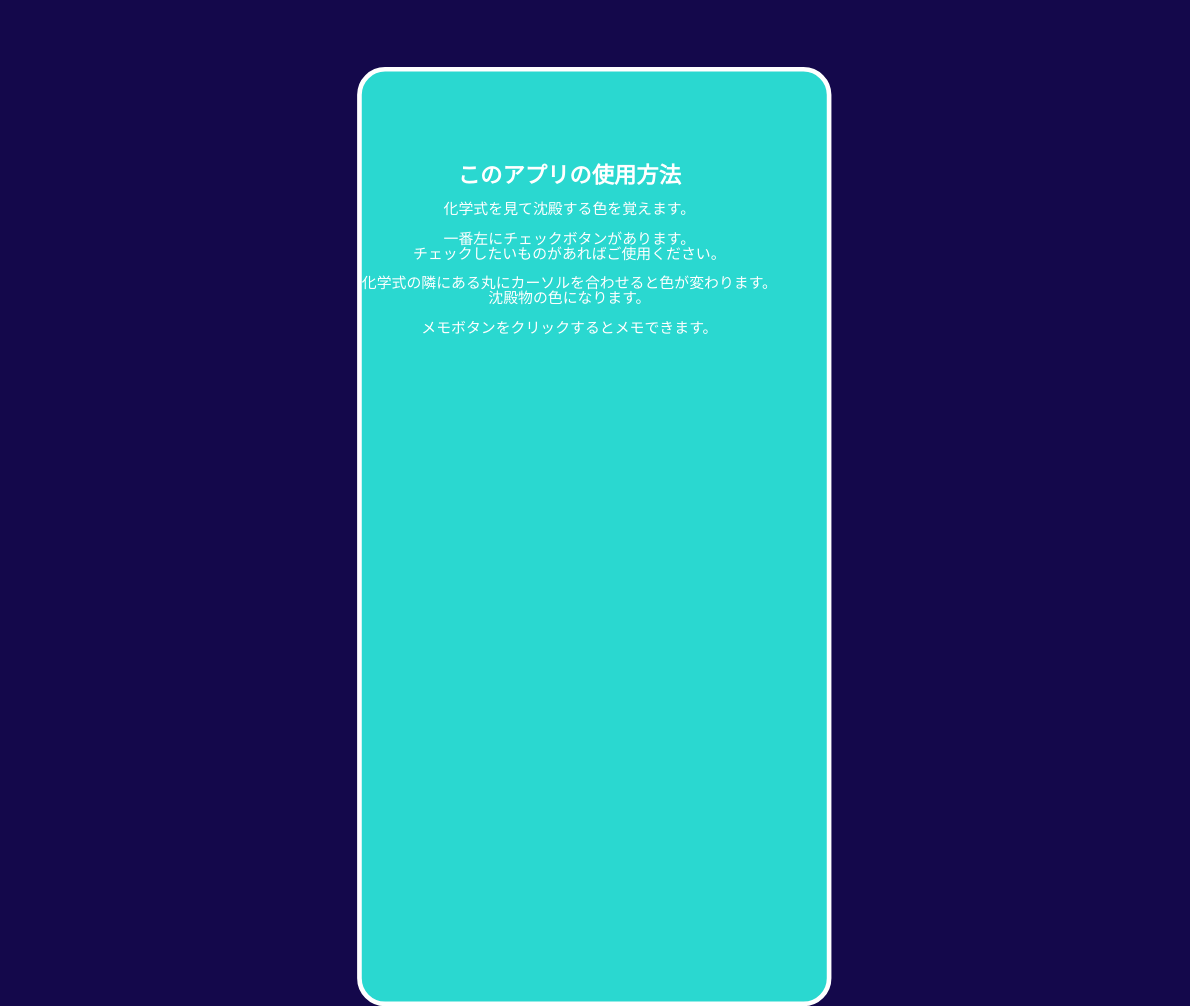
Repository: 1000sky/Inorganic_chemistry_application
Page: http://localhost/explanation
An editor plug-in stored every save of this project. The page is shown before and after the next save, followed by the edit.
The browser window is 1280 px wide. The pictures show the whole page, at 93% of full size.
The page is served by the project's Laravel application, run on PHP 8.4 with Laravel 8.

Above is the page before, as saved 2022-07-12 19:44:58.

After the next save:
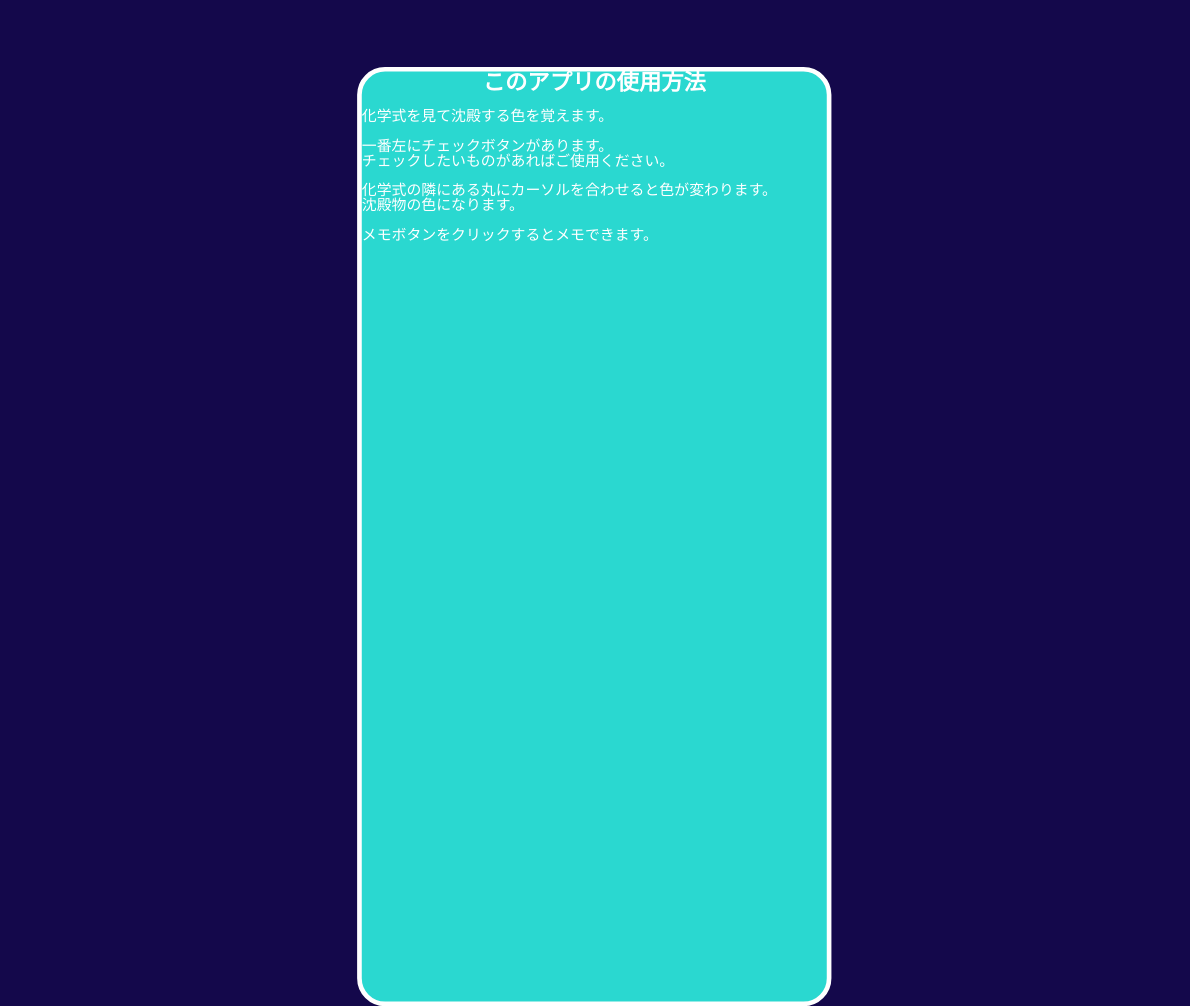
Saved 19 s later.
--- a/application/public/css/explanation.css
+++ b/application/public/css/explanation.css
@@ -28,7 +28,6 @@ p {
 }
 
 .explanation {
-    text-align: center;
-    position: absolute;
-    top: 10%;
+
+
 }
